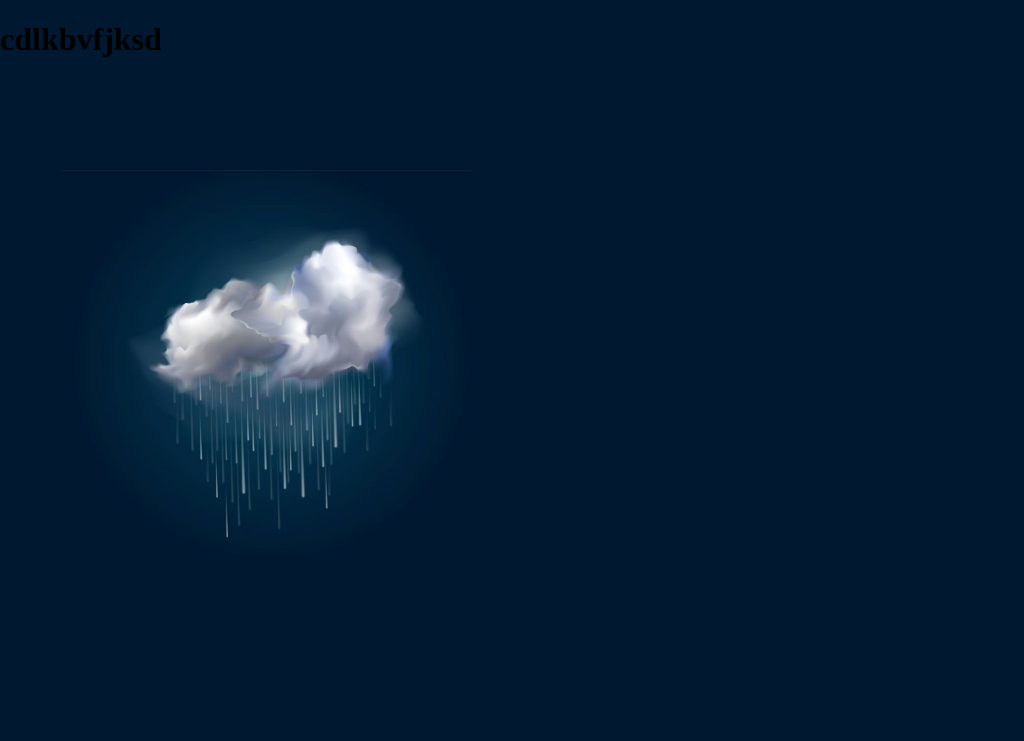
Repository: fateme81yosefi/weather
Page: landing/Landing.html
An editor plug-in stored every save of this project. The page is shown before and after a run of saves, followed by the edit.
The browser window is 1024 px wide. The pictures show the whole page.

Above is the page before, as saved 2025-02-02 16:39:00.

After the next 3 saves:
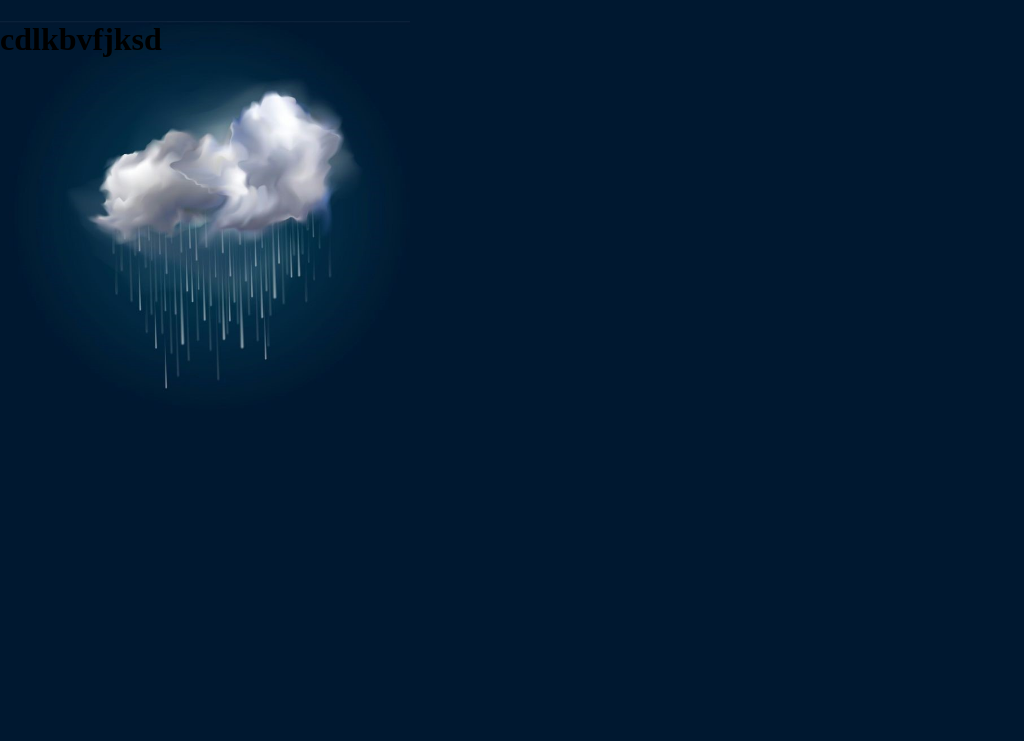
The 3 saves are shown as one change because they came seconds apart.
The last was saved 7 s later.
--- a/landing/style/landing.css
+++ b/landing/style/landing.css
@@ -18,7 +18,7 @@
 @media screen and (max-width: 1200px) {
     .container-landing {
         background-position: center;
-        background-position: 10%;
+        background-position: initial;
 
     }
   }

After the 3 saves that followed:
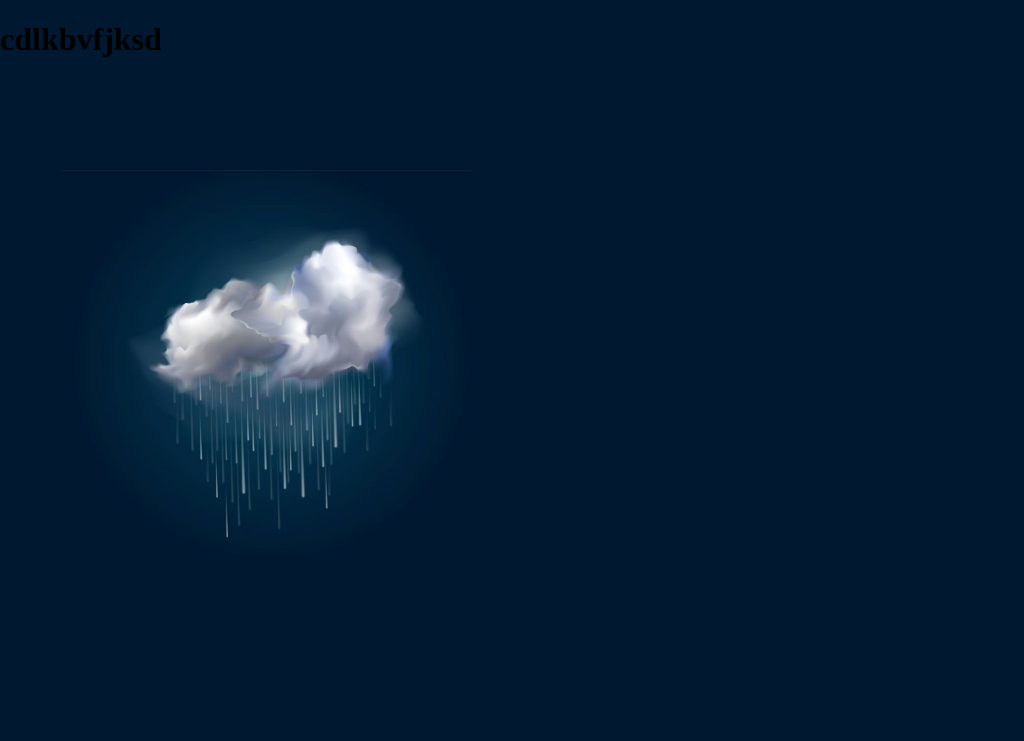
The 3 saves are shown as one change because 2 left the picture as it was.
The last was saved 70 s later.
--- a/landing/style/landing.css
+++ b/landing/style/landing.css
@@ -19,6 +19,8 @@
     .container-landing {
         background-position: center;
         background-position: initial;
-
+        background-position: left;
+        background-size: 40%;
+        background-position: 10%;
     }
   }
